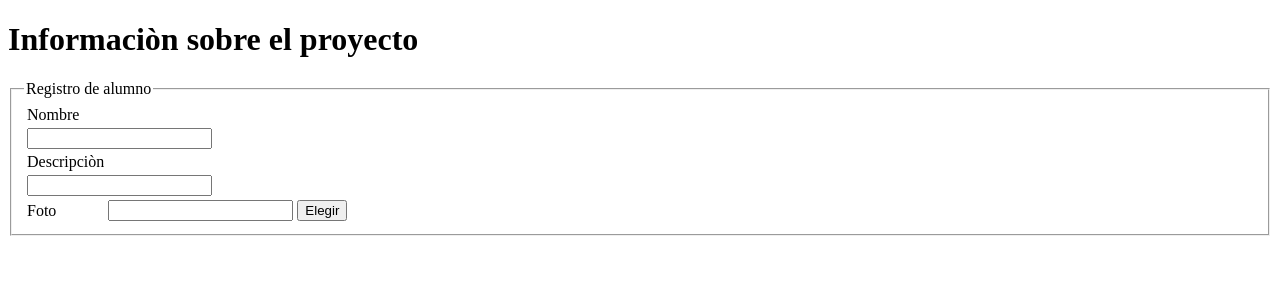
Repository: hoscanoa/Clases-LPII
Page: LPIISemana01/LPII-Semana01/WebContent/inicio.html
These files come from the project's save history. The page is drawn as it stood at one moment and after a run of saves; the edit follows.
The browser window is 1280 px wide. The pictures show the whole page.

Above is the page before, as saved 2014-09-18 22:01:39.

After the next 2 saves:
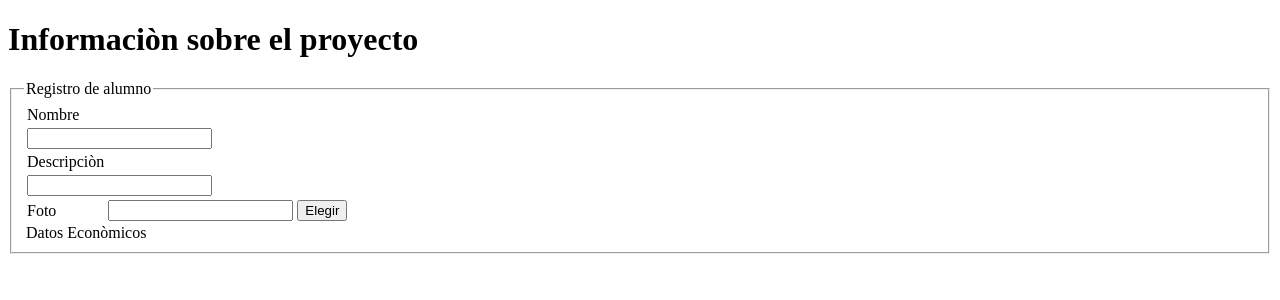
The 2 saves are shown as one change because they came seconds apart.
The last was saved 30 s later.
--- a/LPIISemana01/LPII-Semana01/WebContent/inicio.html
+++ b/LPIISemana01/LPII-Semana01/WebContent/inicio.html
@@ -14,27 +14,25 @@
 					<td>Nombre</td>
 				</tr>
 				<tr>
-					<td colspan="2" ><input type="text" name="nombre">
-					</td>
+					<td colspan="2"><input type="text" name="nombre"></td>
 				</tr>
 				<tr>
 					<td>Descripciòn</td>
 				</tr>
 				<tr>
-					<td colspan="2" ><input type="text" name="descripcion">
+					<td colspan="2"><input type="text" name="descripcion">
 					</td>
 				</tr>
 
 				<tr>
 					<td>Foto</td>
 
-					<td><input type="text" name="descripcion">
-					</td>
-					<td><input type="button" value="Elegir">
-					</td>
+					<td><input type="text" name="descripcion"></td>
+					<td><input type="button" value="Elegir"></td>
 				</tr>
 
 			</table>
+			<legend>Datos Econòmicos</legend>
 		</fieldset>
 	</form>
 
